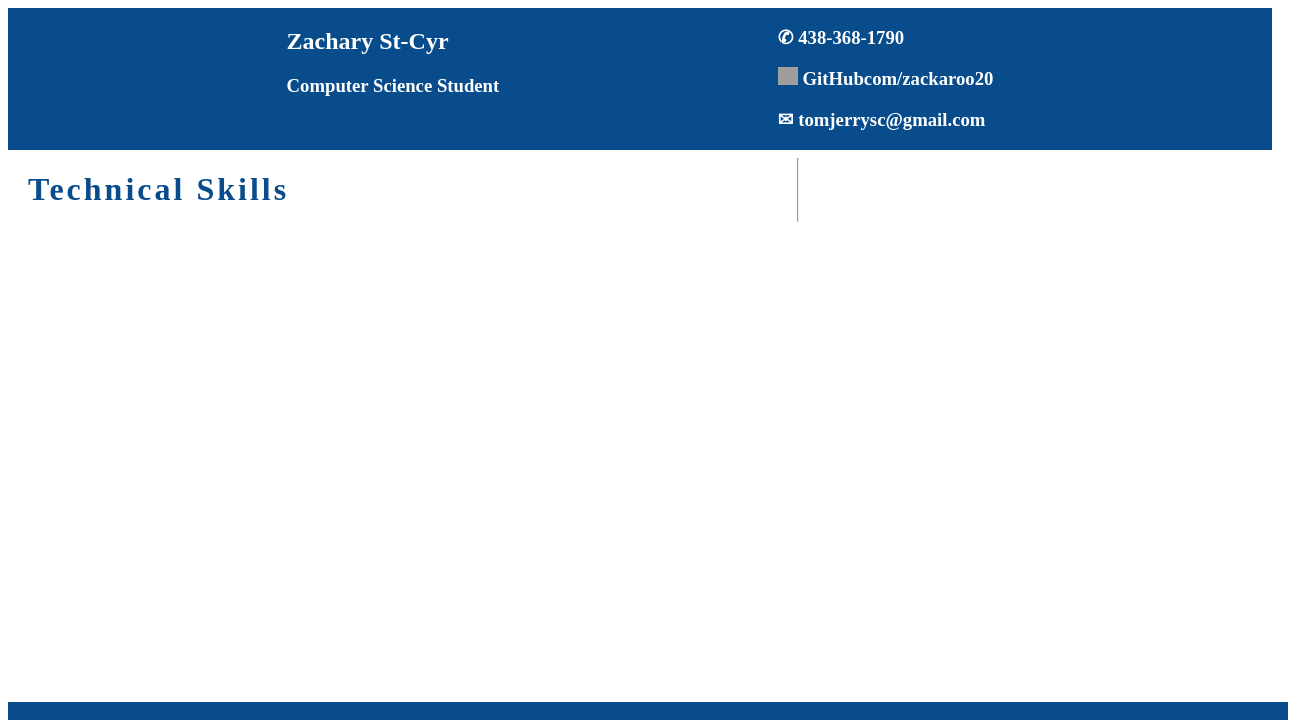
Repository: zackaroo20/Resume-CV
Page: CV.html
An editor plug-in stored every save of this project. The page is shown before and after the next save, followed by the edit.
The browser window is 1280 px wide. The page is 1292 px wide, so the pictures cover 1292 px, including what lies to the right of the window. The pictures show the whole page.
Pictures or frames that could not be fetched are drawn as grey boxes.

Above is the page before, as saved 2026-03-02 15:50:40.

After the next save:
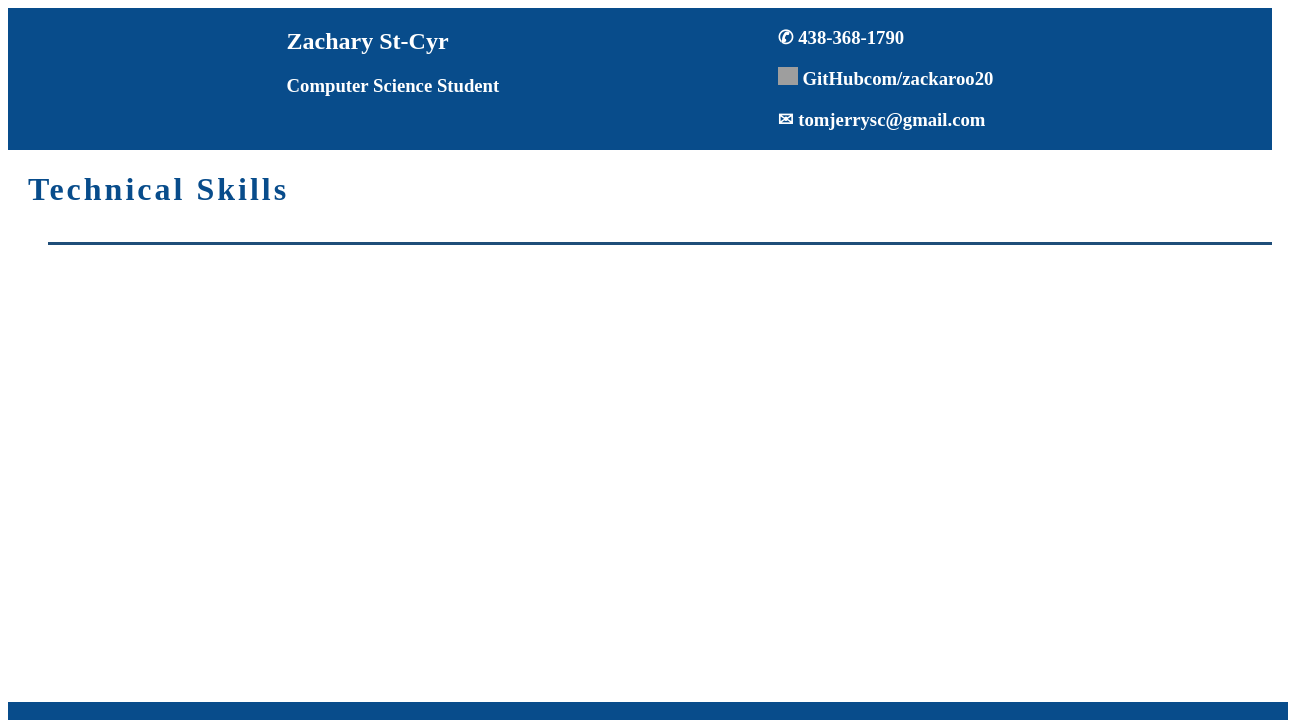
Saved 8 s later.
--- a/CV.css
+++ b/CV.css
@@ -8,10 +8,11 @@ header{
 
 }
 .subdiv{
-    position: relative;
-    left: 20px;
+    width: 100%;
+    padding-left: 20px;
     color: #084c8b;
     display: flex;
+    flex-direction: column;
     justify-content: left;
 }
 
@@ -23,12 +24,12 @@ header{
 
 
 }
-.dash::after {
-  content: "";
-  flex-grow: 1;
-  height: 3px;
-  background-color: #1f4e79;
-  margin-left: 15px;
+.divider{
+    border: 0;
+    height: 3px;
+    background-color: #1f4e79;
+    width: calc(100% - 40px);
+    margin-top: 12px;
 }
 
 img{
